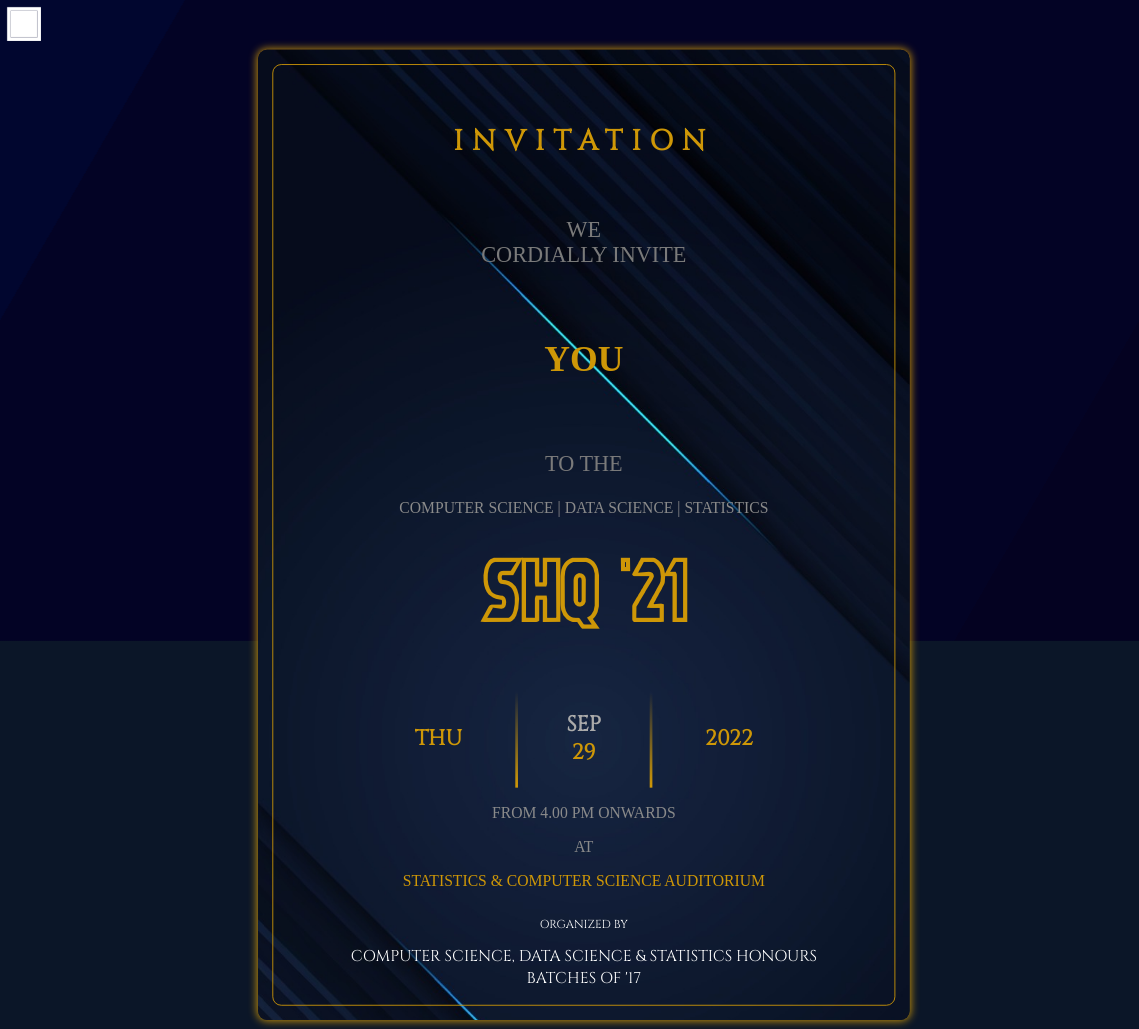
Repository: prabuddhika96/SHQ_Invitation
Page: index.html
The author's editor kept a copy of each file at every save. The page is drawn from the files as they stood at one save, then again after the next save.
The browser window is 1280 px wide. The pictures show the whole page, at 89% of full size.
Some web fonts or font styles are not loaded; a fallback is used.

Above is the page before, as saved 2022-09-26 10:58:57.
Console error: ReferenceError: bodymovin is not defined

After the next save:
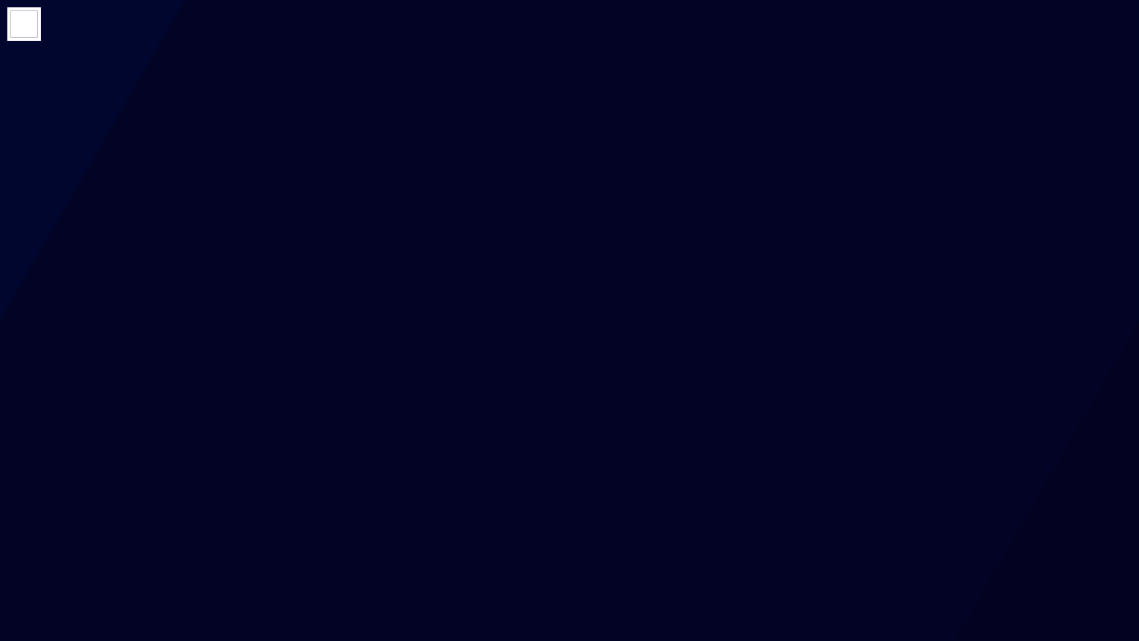
Console error: TypeError: Cannot set properties of null (setting 'innerHTML')
Saved 17 s later.
--- a/index.html
+++ b/index.html
@@ -16,7 +16,7 @@
 
 		<span class="loader"><span class="loader-inner"></span></span>
 
-		<div class="container">
+		<!-- <div class="container">
 			<div class="invitation">
 				<div class="content">
 					<div class="main">
@@ -54,7 +54,7 @@
 					</div>
 				</div>
 			</div>
-		</div>
+		</div> -->
 
 		<script src="index.js"></script>
 	</body>
